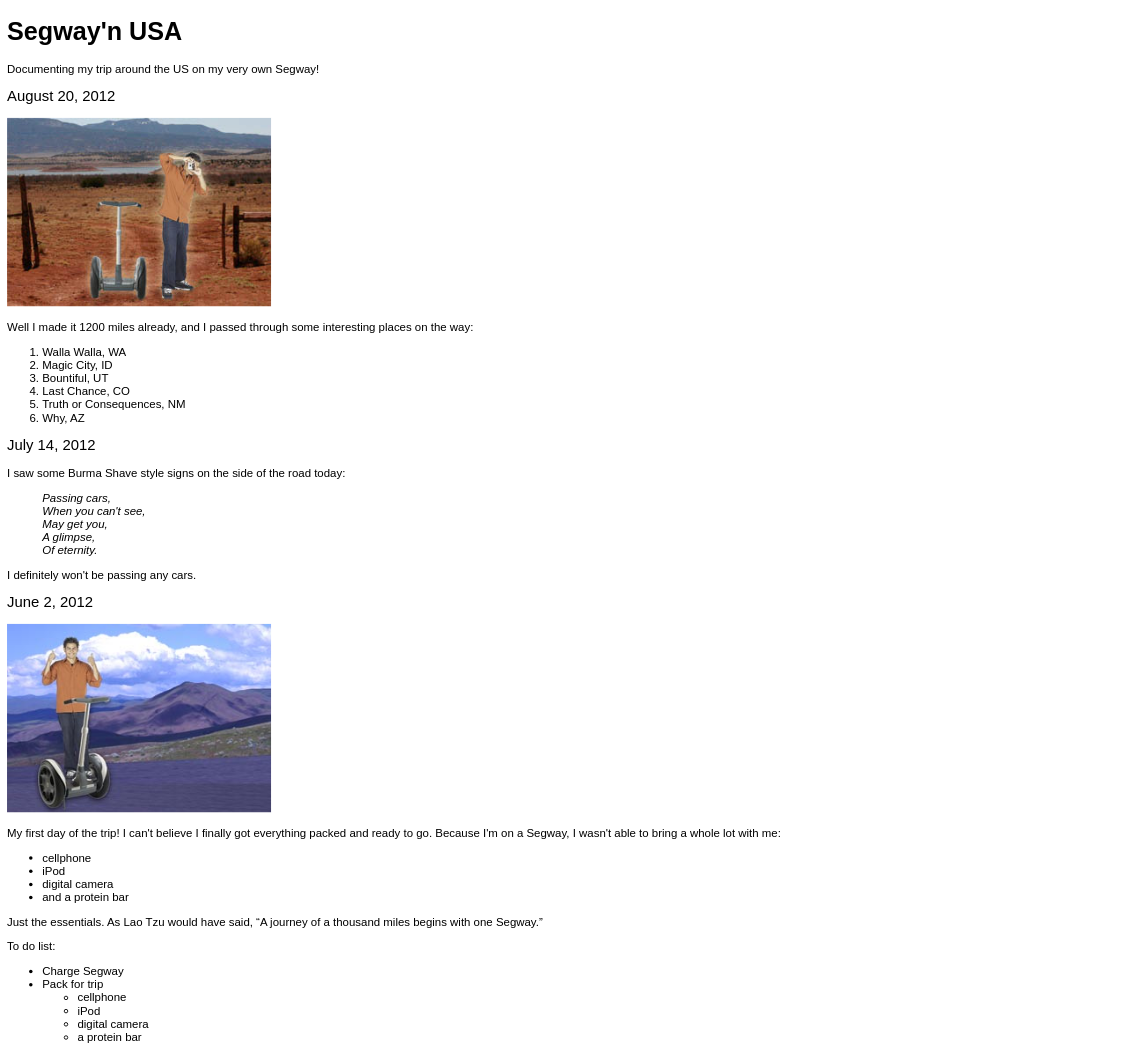
Repository: Dearning/head-first-html-css
Page: chapter8/journal/journal.html
These files come from the project's save history. The page is drawn as it stood at one moment and after the next save; the edit follows.
The browser window is 1280 px wide. The pictures show the whole page, at 88% of full size.
Some web fonts or font styles are not loaded; a fallback is used.

Above is the page before, as saved 2021-09-21 00:21:52.

After the next save:
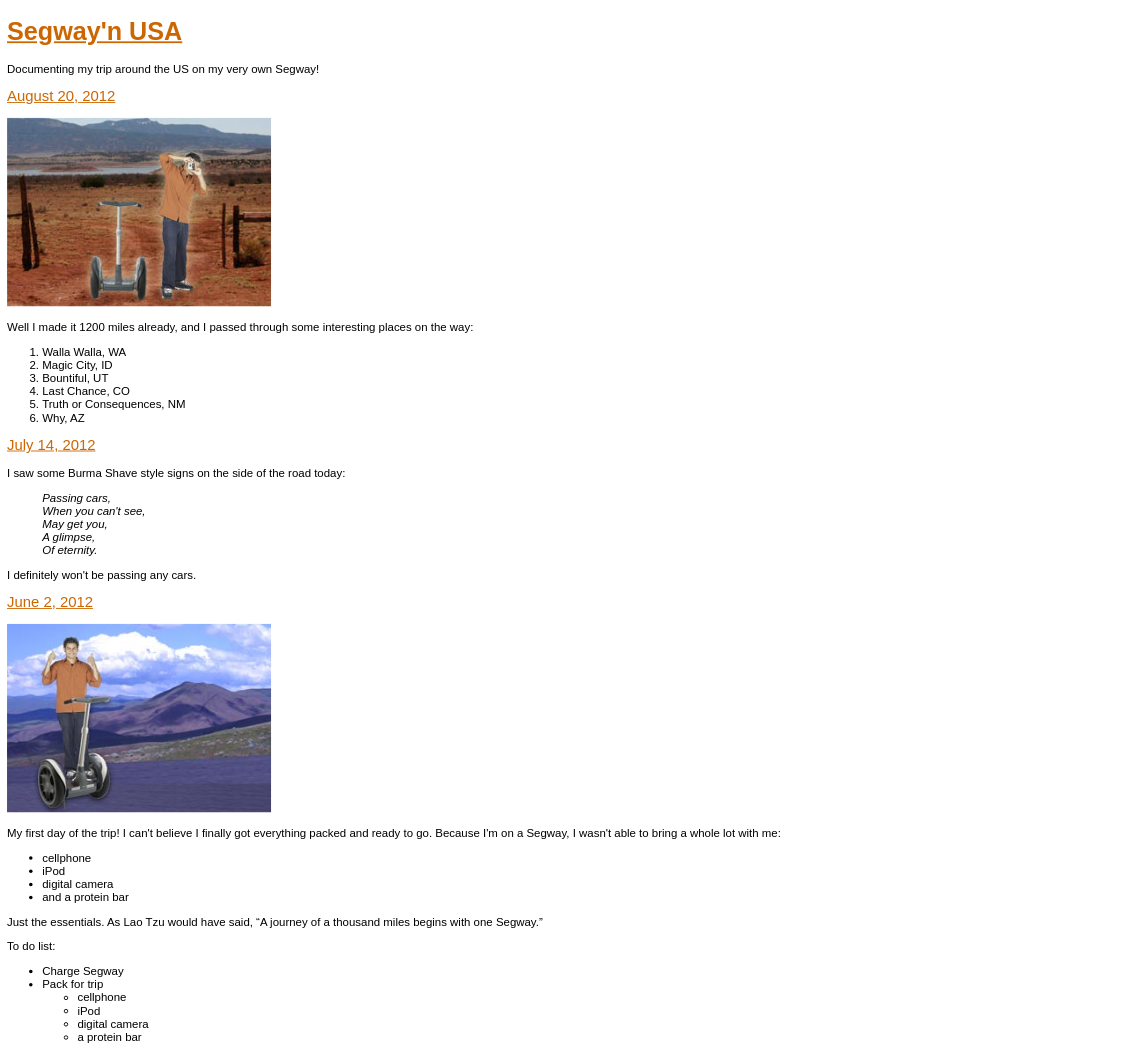
Saved 37 s later.
--- a/chapter8/journal/myJournal.css
+++ b/chapter8/journal/myJournal.css
@@ -11,6 +11,10 @@
     /* border-color: rgb(80%,20%,0%);     */
     /* border-color: rgb(204,102,0); */
 
+}
+h1,h2{
+    color: #cc6600;
+    text-decoration: underline;
 }
 h1{
     font-family: "Emblema One", sans-serif;
